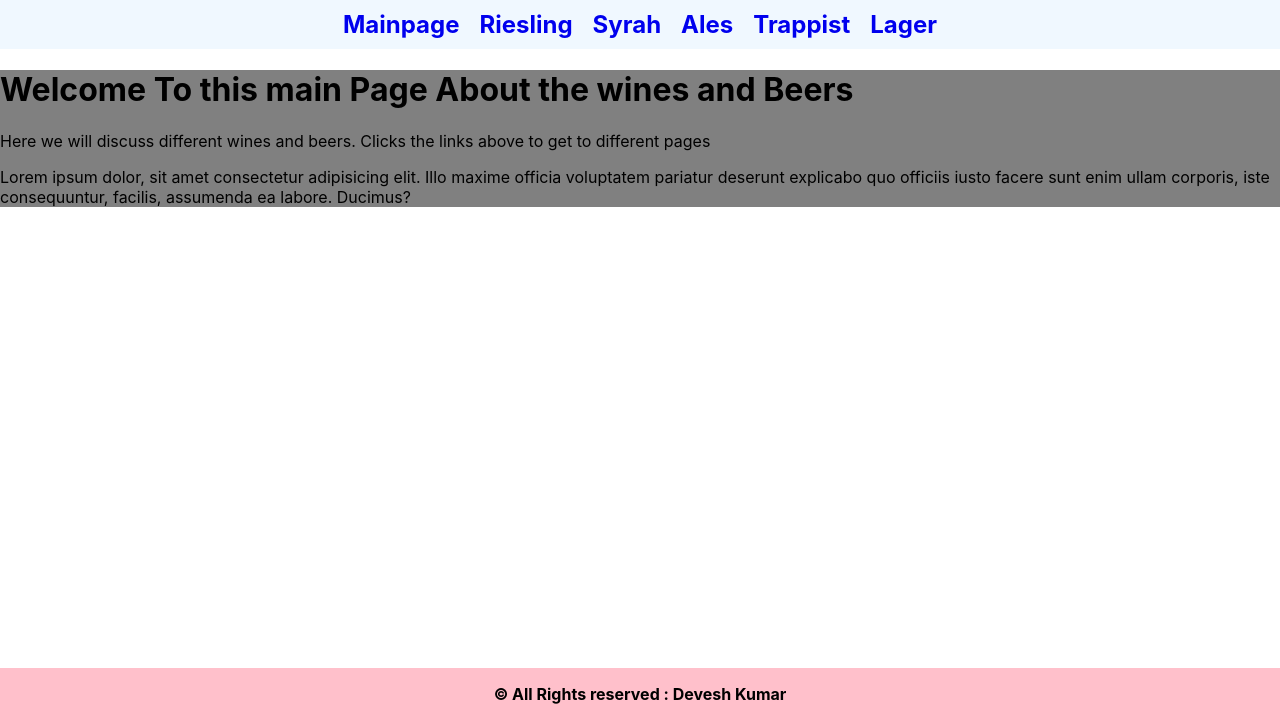
Repository: portretrieve/react-practice
Page: /
The author's editor kept a copy of each file at every save. The page is drawn from the files as they stood at one save, then again after the next save.
The browser window is 1280 px wide. The pictures show the whole page.
The project was rebuilt for these pictures with package versions that can differ from the ones it lists, and the page was loaded fresh each time. Also part of the build but not shown: src/wines/Riesling.js, src/wines/Syrah.js, src/beers/Ale.js, src/beers/Lager.js, src/beers/Trappist.js.

Above is the page before, as saved 2021-08-26 19:45:05.

After the next save:
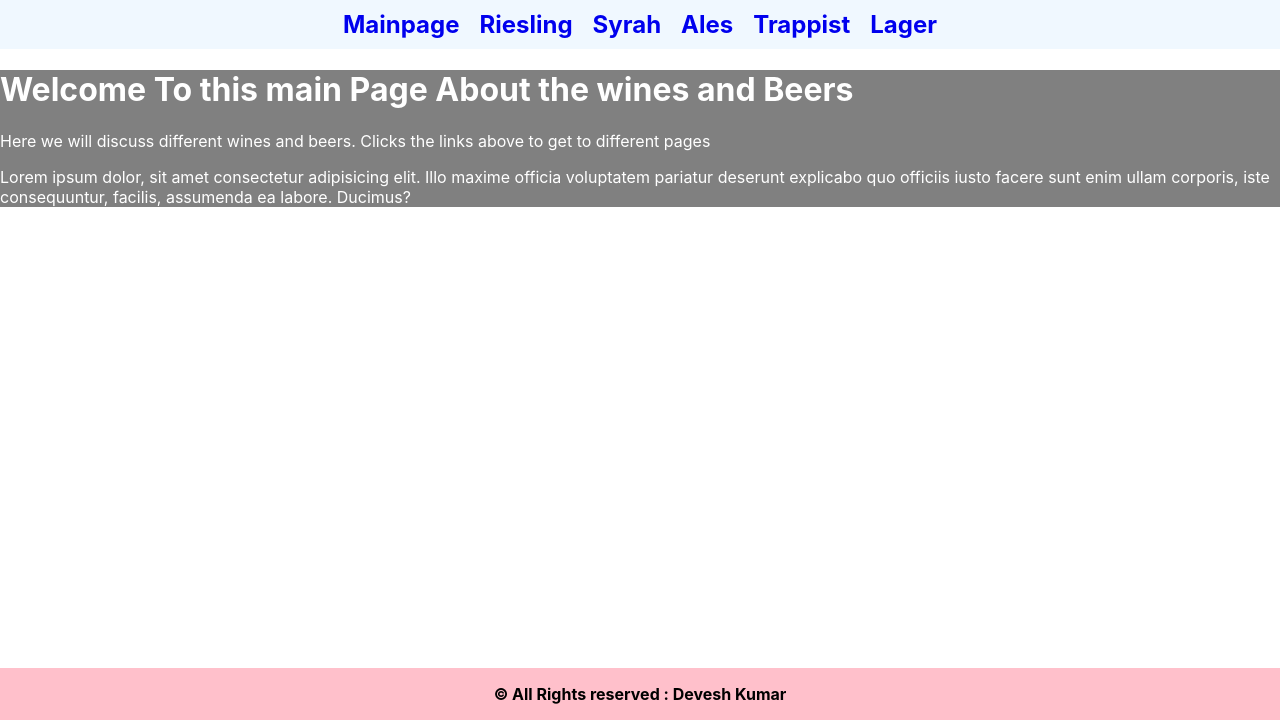
Saved 16 s later.
--- a/src/Util/CenterContent.js
+++ b/src/Util/CenterContent.js
@@ -2,7 +2,8 @@ import React from "react";
 
 const styles = {
   backgroundColor: "gray",
-  margin: "0 auto"
+  margin: "0 auto",
+  color: "white"
 };
 
 function CenterContent(props) {
